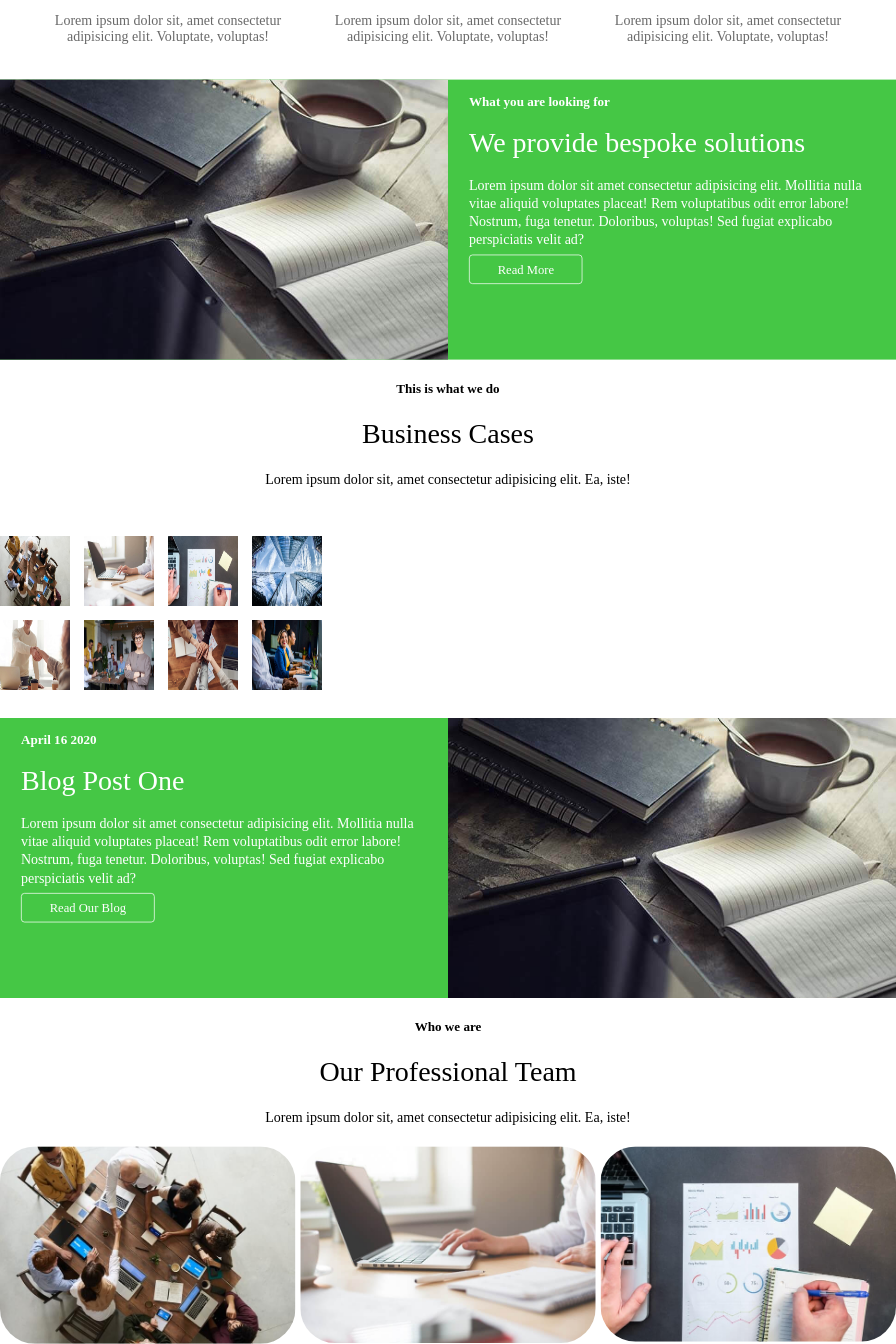
Repository: reemoon-ctrl/swiftdisk-Website-Flexbox
Page: index.html
The author's editor kept a copy of each file at every save. The page is drawn from the files as they stood at one save, then again after a run of saves.
The browser window is 1280 px wide. The pictures show the part of the page from y = 884 to 2804 px (the page is 2804 px tall), at 70% of full size.

Above is the page before, as saved 2024-07-27 10:00:30.

After the next 2 saves:
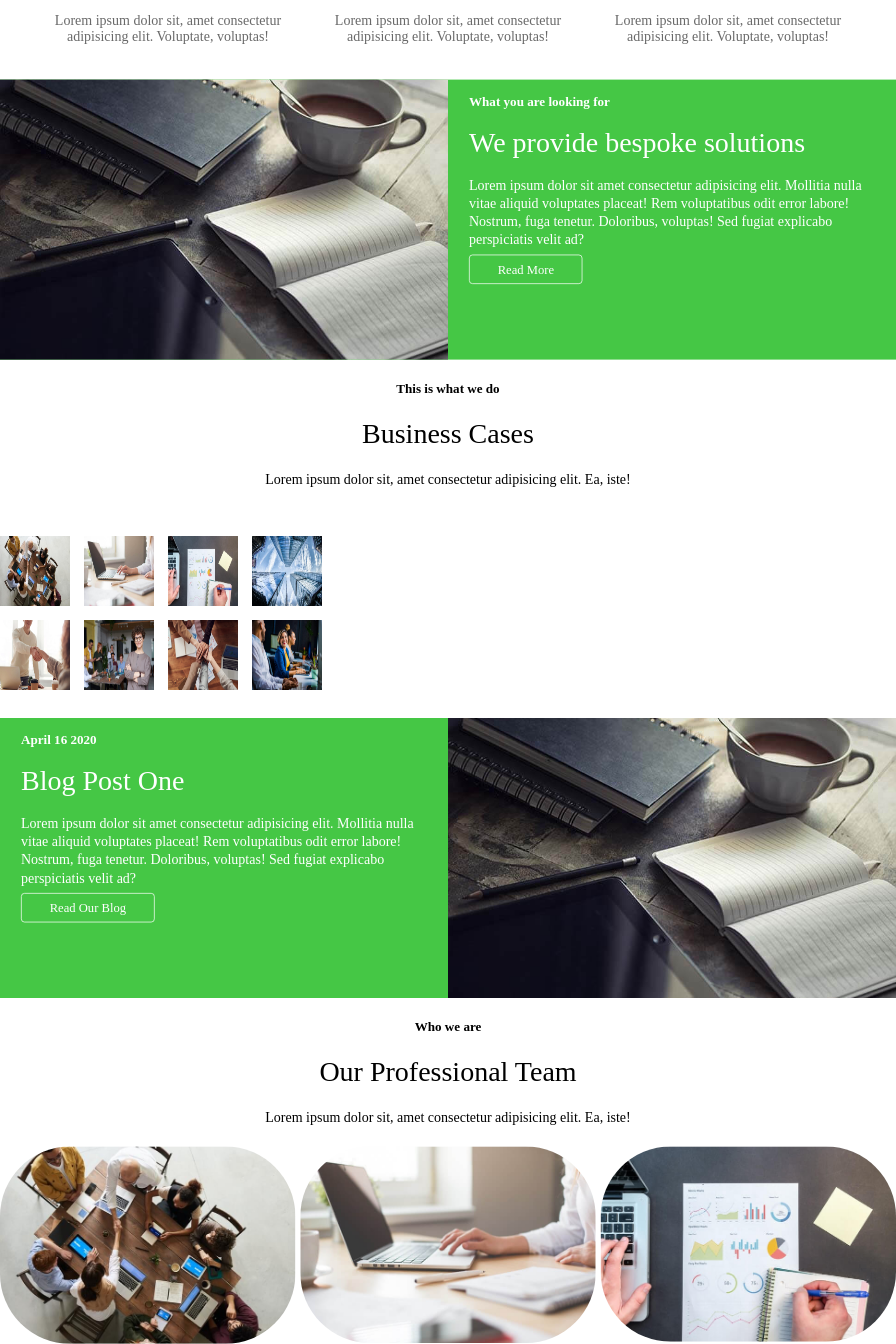
The 2 saves are shown as one change because they came seconds apart.
The last was saved 6 s later.
--- a/index.css
+++ b/index.css
@@ -222,6 +222,6 @@ body{
 .tmimg{
     width: 33%;
     height:15%;
-    border-radius: 50px;
-
-}
+    border-radius: 100px;
+
+}
